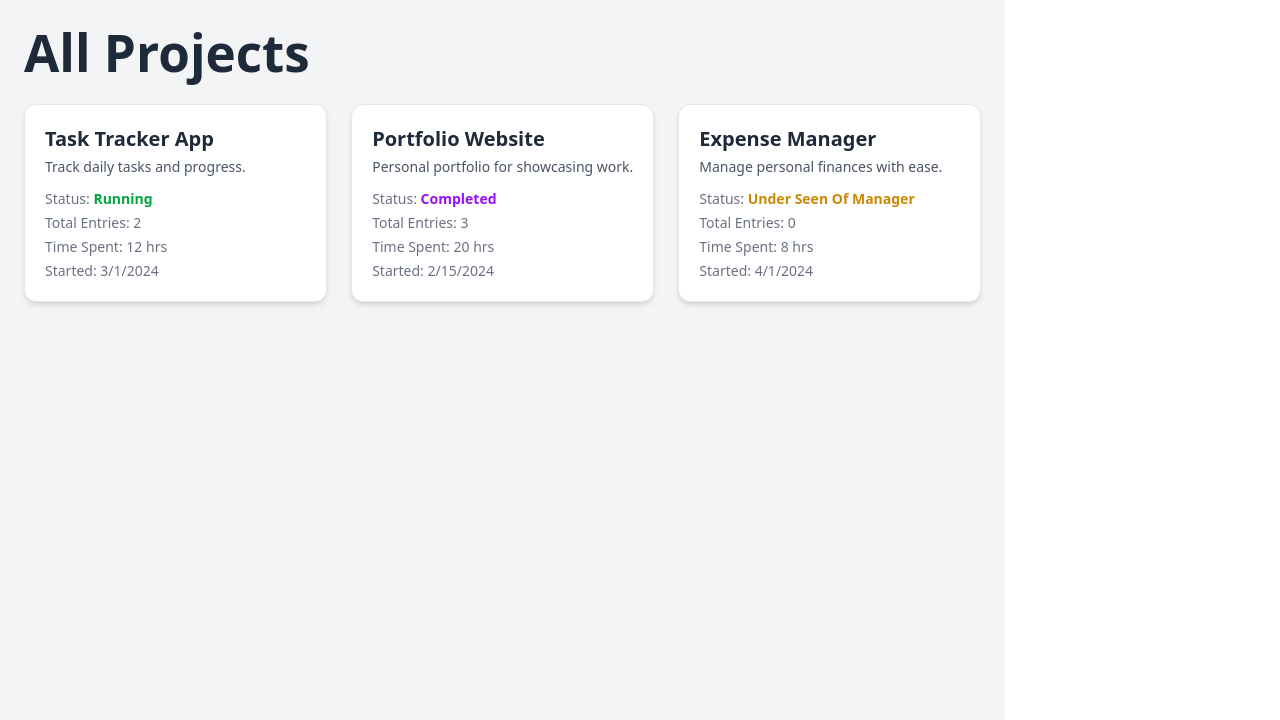
Repository: mohitagrawal0412/Workify
Page: /projects (app in client/)
An editor plug-in stored every save of this project. The page is shown before and after the next save, followed by the edit.
The browser window is 1280 px wide. The pictures show the whole page.
The project was rebuilt for these pictures with package versions that can differ from the ones it lists, and the page was loaded fresh each time. Also part of the build but not shown: client/vite.config.js, client/src/Components/Dashboard/Dashboard.jsx.

Above is the page before, as saved 2025-04-15 09:51:49.

After the next save:
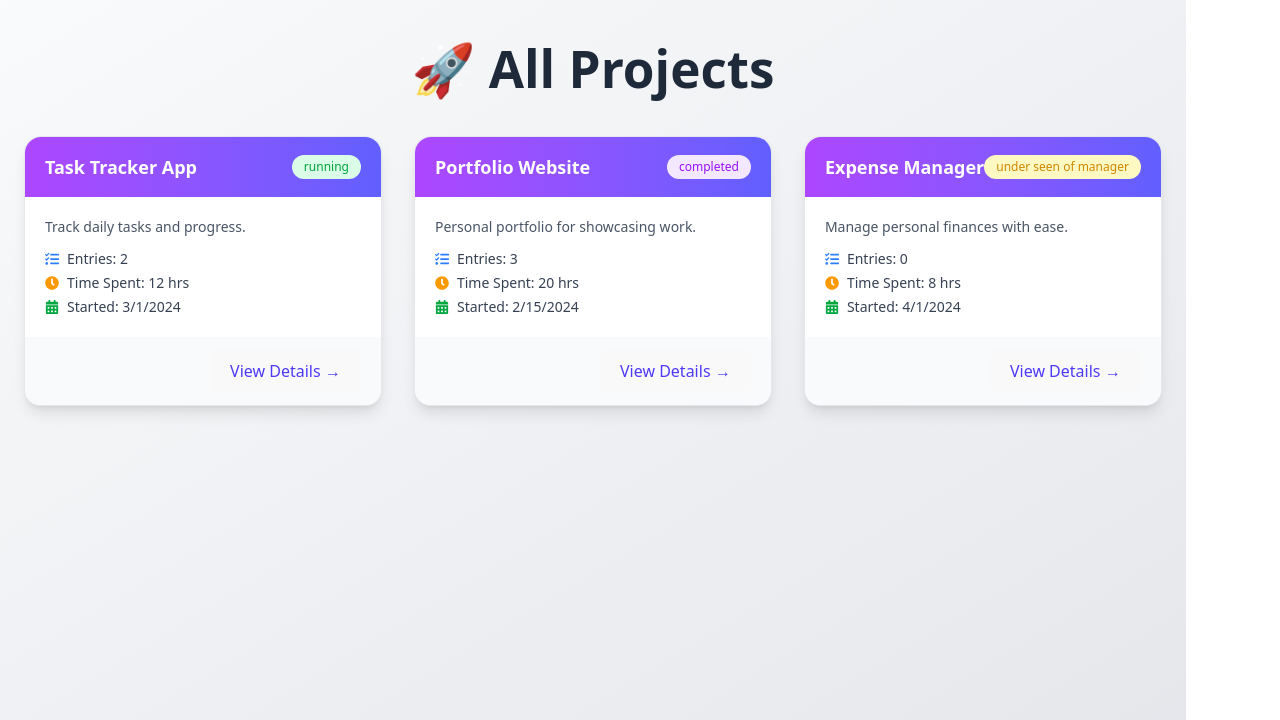
Saved 73 s later.
--- a/client/src/Components/Dashboard/AllProjects.jsx
+++ b/client/src/Components/Dashboard/AllProjects.jsx
@@ -1,4 +1,5 @@
 import React from "react";
+import { FaClock, FaTasks, FaCalendarAlt } from "react-icons/fa";
 
 const dummyProjects = [
     {
@@ -30,47 +31,67 @@ const dummyProjects = [
     },
 ];
 
+const statusColors = {
+    running: "bg-green-100 text-green-600",
+    completed: "bg-purple-100 text-purple-600",
+    "under seen of manager": "bg-yellow-100 text-yellow-600",
+};
+
 const AllProjects = () => {
     return (
-        <div className="min-h-screen bg-gray-100 p-6">
-            <h1 className="text-3xl font-bold text-gray-800 mb-6">All Projects</h1>
+        <div className="min-h-screen bg-gradient-to-br from-gray-50 to-gray-200 py-10 px-6">
+            <h1 className="text-4xl font-bold text-center text-gray-800 mb-10">🚀 All Projects</h1>
 
-            <div className="grid grid-cols-1 sm:grid-cols-2 lg:grid-cols-3 gap-6">
+            <div className="grid grid-cols-1 sm:grid-cols-2 lg:grid-cols-3 gap-8">
                 {dummyProjects.map((project) => (
                     <div
                         key={project._id}
-                        className="bg-white rounded-xl shadow-md p-5 border border-gray-200 hover:shadow-lg transition-shadow duration-200"
+                        className="bg-white rounded-2xl shadow-lg border border-gray-200 hover:shadow-xl transition-shadow duration-300"
                     >
-                        <h2 className="text-xl font-semibold text-gray-800 mb-1">
-                            {project.projectName}
-                        </h2>
-                        <p className="text-sm text-gray-600 mb-3">{project.description}</p>
-                        <div className="text-sm text-gray-500 space-y-1">
-                            <p>
-                                <span className="font-medium">Status:</span>{" "}
-                                <span
-                                    className={`capitalize font-semibold ${project.status === "running"
-                                            ? "text-green-600"
-                                            : project.status === "completed"
-                                                ? "text-purple-600"
-                                                : "text-yellow-600"
-                                        }`}
-                                >
-                                    {project.status}
-                                </span>
-                            </p>
-                            <p>
-                                <span className="font-medium">Total Entries:</span>{" "}
-                                {project.entries.length}
-                            </p>
-                            <p>
-                                <span className="font-medium">Time Spent:</span>{" "}
-                                {project.totalSpentTime} hrs
-                            </p>
-                            <p>
-                                <span className="font-medium">Started:</span>{" "}
-                                {new Date(project.createdAt).toLocaleDateString()}
-                            </p>
+                        {/* Card Header */}
+                        <div className="bg-gradient-to-r from-purple-500 to-indigo-500 text-white rounded-t-2xl px-5 py-4 flex items-center justify-between">
+                            <h2 className="text-lg font-semibold">{project.projectName}</h2>
+                            <span
+                                className={`px-3 py-1 rounded-full text-xs font-medium ${statusColors[project.status]}`}
+                            >
+                                {project.status}
+                            </span>
+                        </div>
+
+                        {/* Card Body */}
+                        <div className="p-5 space-y-3">
+                            <p className="text-gray-600 text-sm">{project.description}</p>
+
+                            <div className="text-sm text-gray-700 space-y-1">
+                                <div className="flex items-center gap-2">
+                                    <FaTasks className="text-blue-500" />
+                                    <span>
+                                        <span className="font-medium">Entries:</span> {project.entries.length}
+                                    </span>
+                                </div>
+
+                                <div className="flex items-center gap-2">
+                                    <FaClock className="text-amber-500" />
+                                    <span>
+                                        <span className="font-medium">Time Spent:</span> {project.totalSpentTime} hrs
+                                    </span>
+                                </div>
+
+                                <div className="flex items-center gap-2">
+                                    <FaCalendarAlt className="text-green-600" />
+                                    <span>
+                                        <span className="font-medium">Started:</span>{" "}
+                                        {new Date(project.createdAt).toLocaleDateString()}
+                                    </span>
+                                </div>
+                            </div>
+                        </div>
+
+                        {/* Footer */}
+                        <div className="bg-gray-50 px-5 py-3 rounded-b-2xl text-right">
+                            <button className="text-sm text-indigo-600 hover:underline font-medium">
+                                View Details →
+                            </button>
                         </div>
                     </div>
                 ))}
